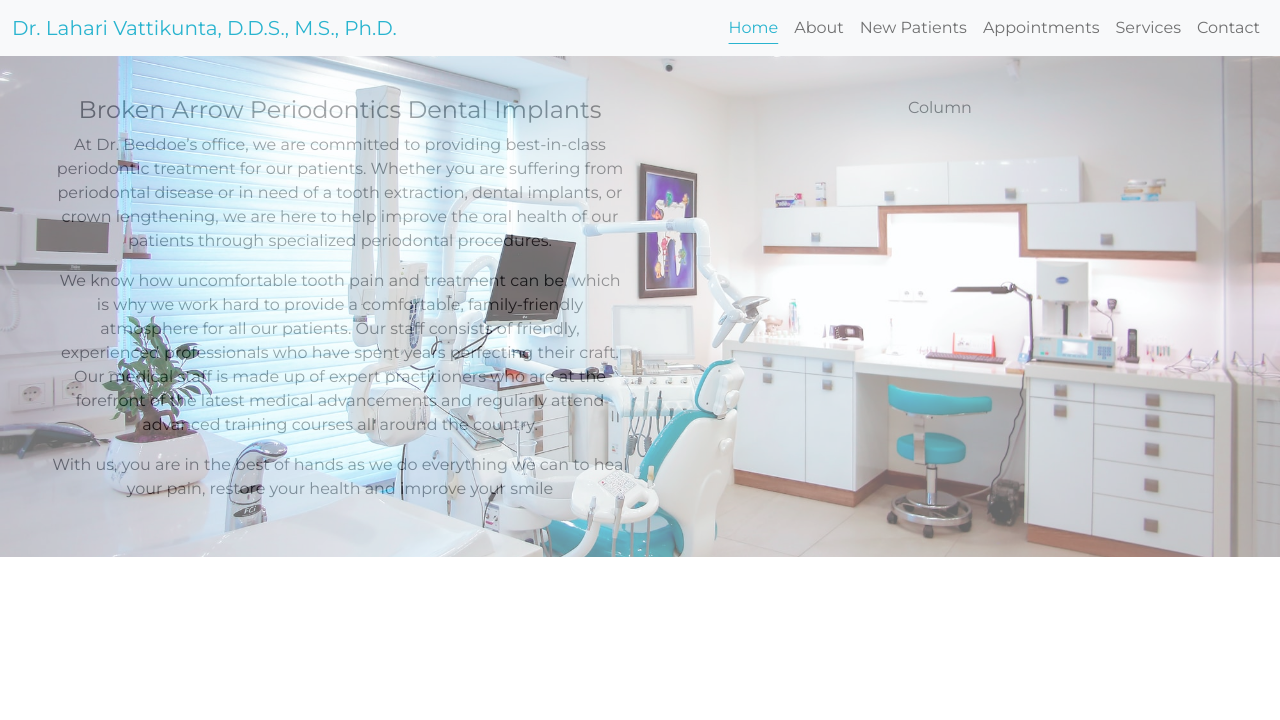
Repository: vineetha2438/baperio
Page: index.html
The author's editor kept a copy of each file at every save. The page is drawn from the files as they stood at one save, then again after the next save.
The browser window is 1280 px wide. The pictures show the whole page.

Above is the page before, as saved 2022-11-13 19:27:47.

After the next save:
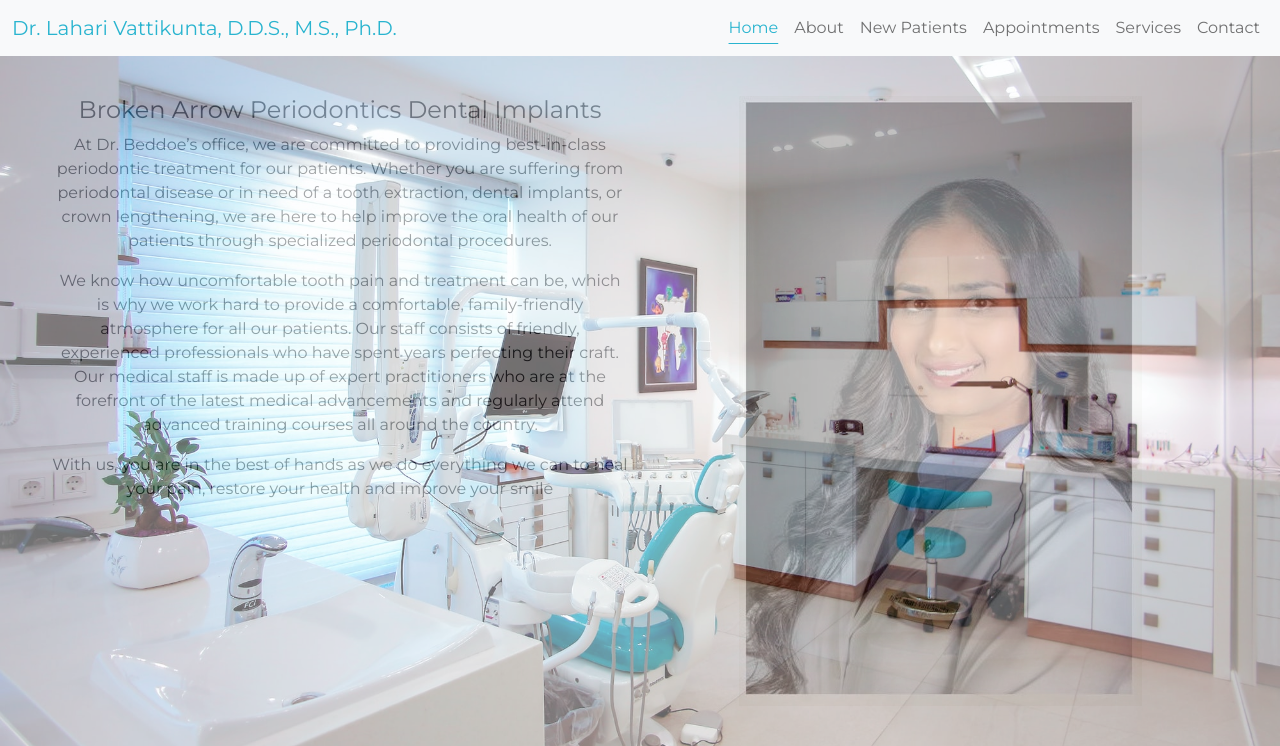
Saved 8 min 39 s later.
--- a/index.html
+++ b/index.html
@@ -67,7 +67,7 @@
           your smile</p>
       </div>
       <div class="col-sm-12 col-md-6">
-        Column
+        <img src="doctor.jpg" />
       </div>
     </div>
   </div>
